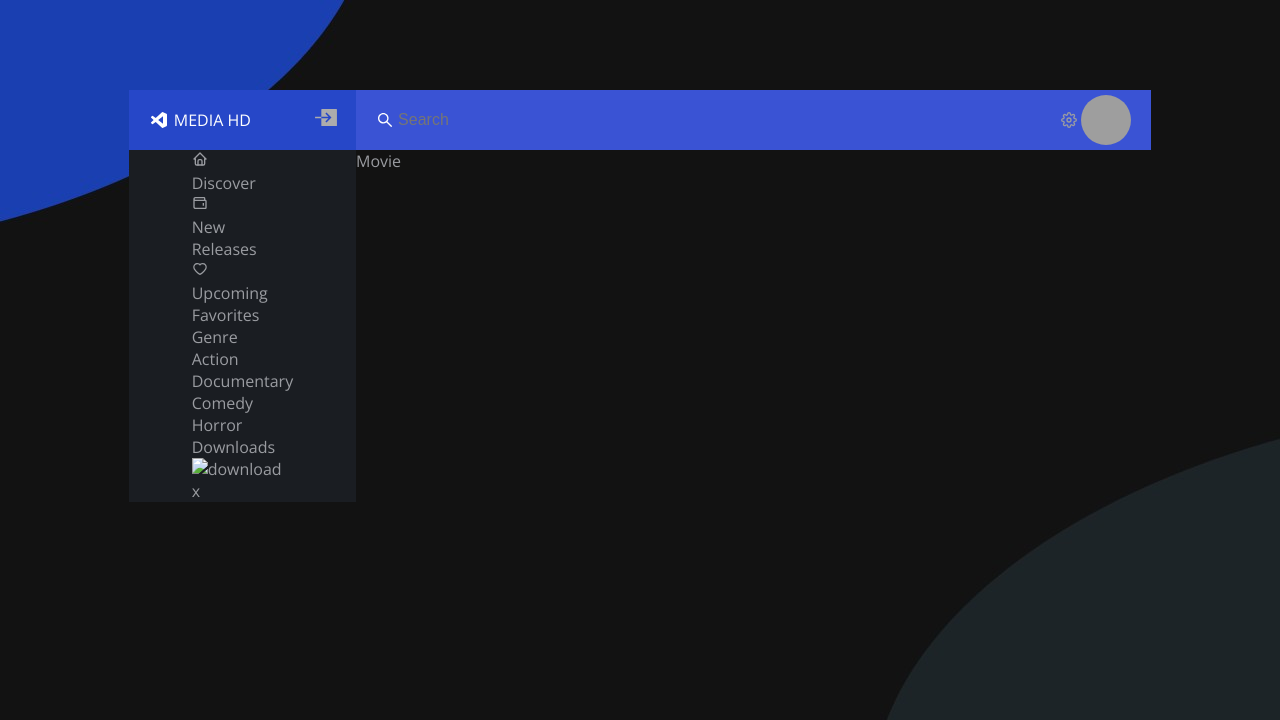
Repository: DevLaukey/movie-task
Page: /
An editor plug-in stored every save of this project. The page is shown before and after the next save, followed by the edit.
The browser window is 1280 px wide. The pictures show the whole page.
Pictures or frames that could not be fetched are drawn as grey boxes. The page's requests for data from a server got no answer. The project was rebuilt for these pictures with package versions that can differ from the ones it lists, and the page was loaded fresh each time. No one was signed in, and anything a server would have sent is missing. Also part of the build but not shown: src/components/Body/Movies.css.

Above is the page before, as saved 2022-06-15 18:39:21.

After the next save:
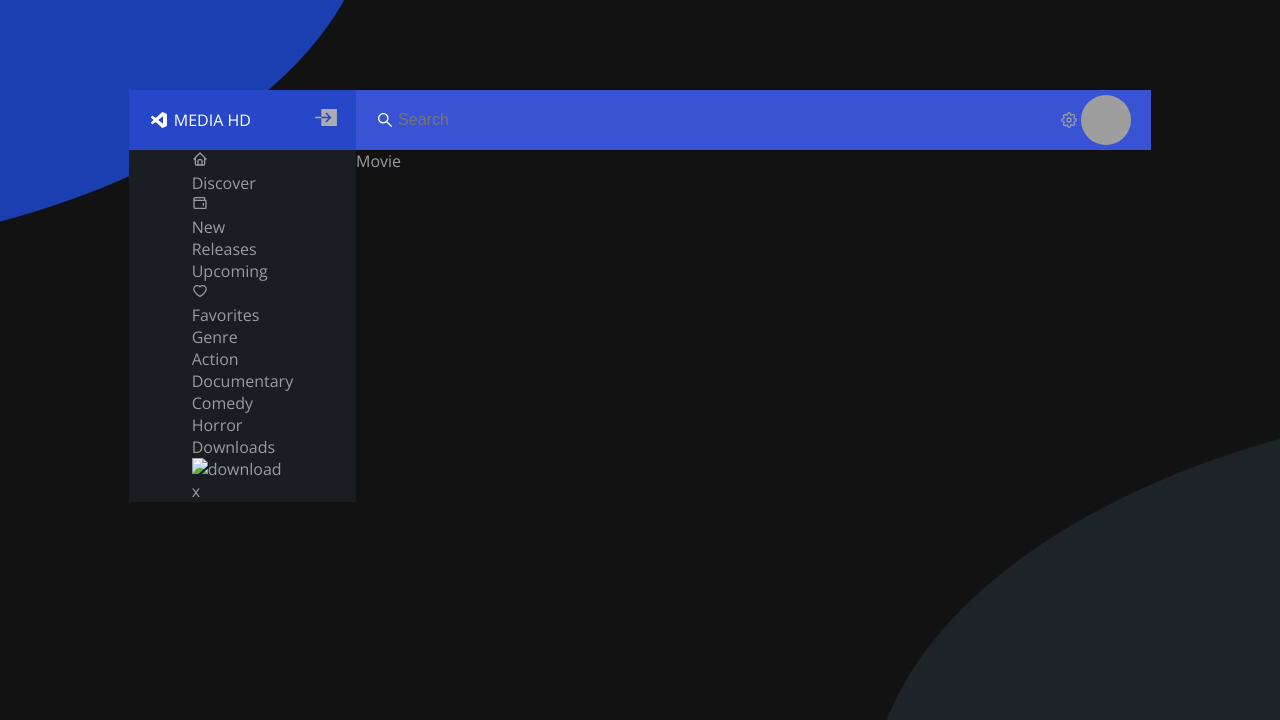
Saved 4 min 35 s later.
--- a/src/components/Sidebar/Sidebar.js
+++ b/src/components/Sidebar/Sidebar.js
@@ -23,7 +23,7 @@ function Sidebar() {
       <div className="sidebar__bottom">
         <nav className="sidebar__logo">
           <div className="sidebar__option">
-            <TbHome/>
+            <TbHome />
             <p className="sidebar__option-text">Discover</p>
           </div>
           <div className="sidebar__option">
@@ -31,10 +31,11 @@ function Sidebar() {
             <p className="sidebar__option-text">New Releases</p>
           </div>
           <div className="sidebar__option">
-            <AiOutlineHeart />
             <p className="sidebar__option-text">Upcoming</p>
           </div>
           <div className="sidebar__option">
+            <AiOutlineHeart />
+
             <p className="sidebar__option-text">Favorites</p>
           </div>
         </nav>
